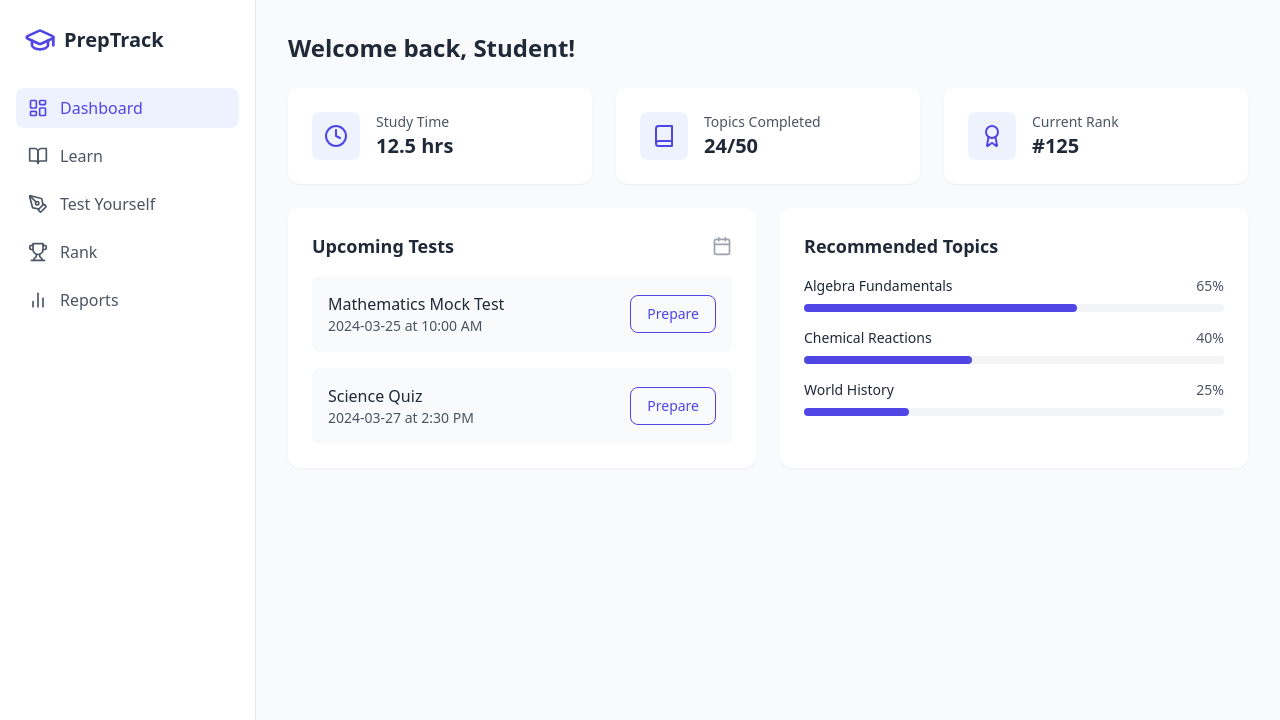
Repository: Krishna3451/preptracker
Page: /dashboard
An editor plug-in stored every save of this project. The page is shown before and after the next save, followed by the edit.
The browser window is 1280 px wide. The pictures show the whole page.
The project was rebuilt for these pictures with package versions that can differ from the ones it lists, and the page was loaded fresh each time. Also part of the build but not shown: vite.config.ts, src/pages/Learn.tsx, src/pages/TestYourself.tsx, src/pages/Rank.tsx, src/pages/Reports.tsx, src/pages/Landing.tsx.

Above is the page before, as saved 2025-02-14 11:45:49.

After the next save:
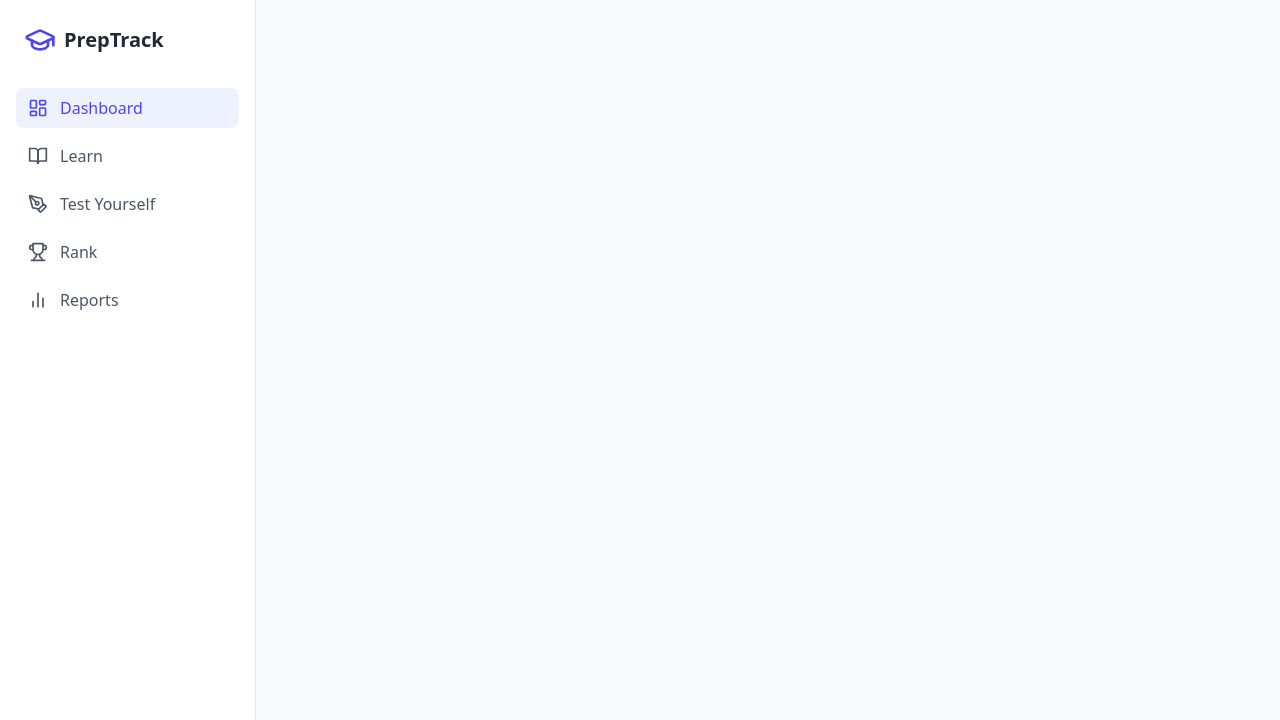
Saved 9 s later.
--- a/src/pages/Dashboard.tsx
+++ b/src/pages/Dashboard.tsx
@@ -19,69 +19,69 @@
     { id: 3, title: 'World History', progress: 25 },
   ];
 
-  return (
-    <div className="space-y-6">
-      <h1 className="text-2xl font-bold text-gray-800">Welcome back, Student!</h1>
+  // return (
+  //   <div className="space-y-6">
+  //     <h1 className="text-2xl font-bold text-gray-800">Welcome back, Student!</h1>
 
-      <div className="grid grid-cols-1 md:grid-cols-3 gap-6">
-        {stats.map((stat, index) => (
-          <div key={index} className="bg-white p-6 rounded-xl shadow-sm">
-            <div className="flex items-center gap-4">
-              <div className="p-3 bg-indigo-50 rounded-lg">
-                <stat.icon className="w-6 h-6 text-indigo-600" />
-              </div>
-              <div>
-                <p className="text-sm text-gray-600">{stat.label}</p>
-                <p className="text-xl font-semibold text-gray-800">{stat.value}</p>
-              </div>
-            </div>
-          </div>
-        ))}
-      </div>
+  //     <div className="grid grid-cols-1 md:grid-cols-3 gap-6">
+  //       {stats.map((stat, index) => (
+  //         <div key={index} className="bg-white p-6 rounded-xl shadow-sm">
+  //           <div className="flex items-center gap-4">
+  //             <div className="p-3 bg-indigo-50 rounded-lg">
+  //               <stat.icon className="w-6 h-6 text-indigo-600" />
+  //             </div>
+  //             <div>
+  //               <p className="text-sm text-gray-600">{stat.label}</p>
+  //               <p className="text-xl font-semibold text-gray-800">{stat.value}</p>
+  //             </div>
+  //           </div>
+  //         </div>
+  //       ))}
+  //     </div>
 
-      <div className="grid grid-cols-1 lg:grid-cols-2 gap-6">
-        <div className="bg-white p-6 rounded-xl shadow-sm">
-          <div className="flex items-center justify-between mb-4">
-            <h2 className="text-lg font-semibold text-gray-800">Upcoming Tests</h2>
-            <Calendar className="w-5 h-5 text-gray-400" />
-          </div>
-          <div className="space-y-4">
-            {upcomingTests.map((test) => (
-              <div key={test.id} className="flex items-center justify-between p-4 bg-gray-50 rounded-lg">
-                <div>
-                  <h3 className="font-medium text-gray-800">{test.title}</h3>
-                  <p className="text-sm text-gray-600">{test.date} at {test.time}</p>
-                </div>
-                <button className="px-4 py-2 text-sm text-indigo-600 border border-indigo-600 rounded-lg hover:bg-indigo-50">
-                  Prepare
-                </button>
-              </div>
-            ))}
-          </div>
-        </div>
+  //     <div className="grid grid-cols-1 lg:grid-cols-2 gap-6">
+  //       <div className="bg-white p-6 rounded-xl shadow-sm">
+  //         <div className="flex items-center justify-between mb-4">
+  //           <h2 className="text-lg font-semibold text-gray-800">Upcoming Tests</h2>
+  //           <Calendar className="w-5 h-5 text-gray-400" />
+  //         </div>
+  //         <div className="space-y-4">
+  //           {upcomingTests.map((test) => (
+  //             <div key={test.id} className="flex items-center justify-between p-4 bg-gray-50 rounded-lg">
+  //               <div>
+  //                 <h3 className="font-medium text-gray-800">{test.title}</h3>
+  //                 <p className="text-sm text-gray-600">{test.date} at {test.time}</p>
+  //               </div>
+  //               <button className="px-4 py-2 text-sm text-indigo-600 border border-indigo-600 rounded-lg hover:bg-indigo-50">
+  //                 Prepare
+  //               </button>
+  //             </div>
+  //           ))}
+  //         </div>
+  //       </div>
 
-        <div className="bg-white p-6 rounded-xl shadow-sm">
-          <h2 className="text-lg font-semibold text-gray-800 mb-4">Recommended Topics</h2>
-          <div className="space-y-4">
-            {recommendedTopics.map((topic) => (
-              <div key={topic.id} className="space-y-2">
-                <div className="flex justify-between text-sm">
-                  <span className="text-gray-800">{topic.title}</span>
-                  <span className="text-gray-600">{topic.progress}%</span>
-                </div>
-                <div className="h-2 bg-gray-100 rounded-full">
-                  <div
-                    className="h-full bg-indigo-600 rounded-full"
-                    style={{ width: `${topic.progress}%` }}
-                  />
-                </div>
-              </div>
-            ))}
-          </div>
-        </div>
-      </div>
-    </div>
-  );
+  //       <div className="bg-white p-6 rounded-xl shadow-sm">
+  //         <h2 className="text-lg font-semibold text-gray-800 mb-4">Recommended Topics</h2>
+  //         <div className="space-y-4">
+  //           {recommendedTopics.map((topic) => (
+  //             <div key={topic.id} className="space-y-2">
+  //               <div className="flex justify-between text-sm">
+  //                 <span className="text-gray-800">{topic.title}</span>
+  //                 <span className="text-gray-600">{topic.progress}%</span>
+  //               </div>
+  //               <div className="h-2 bg-gray-100 rounded-full">
+  //                 <div
+  //                   className="h-full bg-indigo-600 rounded-full"
+  //                   style={{ width: `${topic.progress}%` }}
+  //                 />
+  //               </div>
+  //             </div>
+  //           ))}
+  //         </div>
+  //       </div>
+  //     </div>
+  //   </div>
+  // );
 };
 
 export default Dashboard;

After the save that followed:
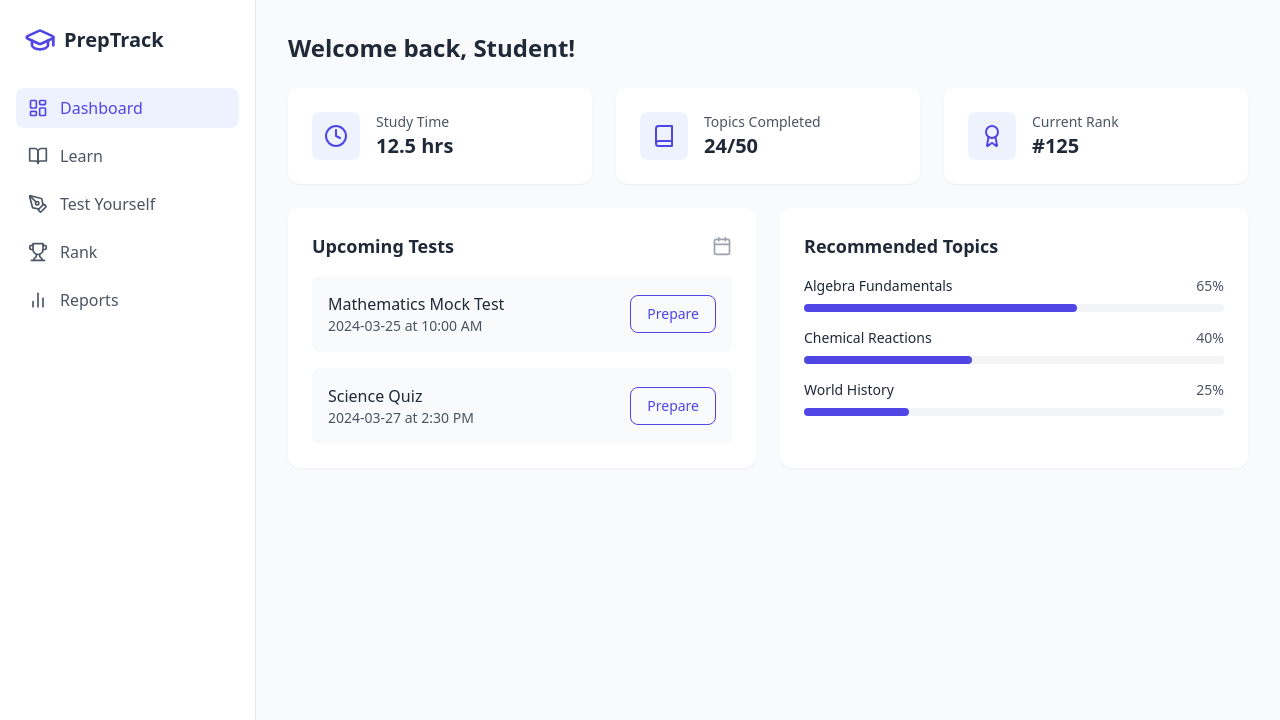
Saved 10 s later.
--- a/src/pages/Dashboard.tsx
+++ b/src/pages/Dashboard.tsx
@@ -19,69 +19,69 @@
     { id: 3, title: 'World History', progress: 25 },
   ];
 
-  // return (
-  //   <div className="space-y-6">
-  //     <h1 className="text-2xl font-bold text-gray-800">Welcome back, Student!</h1>
+  return (
+    <div className="space-y-6">
+      <h1 className="text-2xl font-bold text-gray-800">Welcome back, Student!</h1>
 
-  //     <div className="grid grid-cols-1 md:grid-cols-3 gap-6">
-  //       {stats.map((stat, index) => (
-  //         <div key={index} className="bg-white p-6 rounded-xl shadow-sm">
-  //           <div className="flex items-center gap-4">
-  //             <div className="p-3 bg-indigo-50 rounded-lg">
-  //               <stat.icon className="w-6 h-6 text-indigo-600" />
-  //             </div>
-  //             <div>
-  //               <p className="text-sm text-gray-600">{stat.label}</p>
-  //               <p className="text-xl font-semibold text-gray-800">{stat.value}</p>
-  //             </div>
-  //           </div>
-  //         </div>
-  //       ))}
-  //     </div>
+      <div className="grid grid-cols-1 md:grid-cols-3 gap-6">
+        {stats.map((stat, index) => (
+          <div key={index} className="bg-white p-6 rounded-xl shadow-sm">
+            <div className="flex items-center gap-4">
+              <div className="p-3 bg-indigo-50 rounded-lg">
+                <stat.icon className="w-6 h-6 text-indigo-600" />
+              </div>
+              <div>
+                <p className="text-sm text-gray-600">{stat.label}</p>
+                <p className="text-xl font-semibold text-gray-800">{stat.value}</p>
+              </div>
+            </div>
+          </div>
+        ))}
+      </div>
 
-  //     <div className="grid grid-cols-1 lg:grid-cols-2 gap-6">
-  //       <div className="bg-white p-6 rounded-xl shadow-sm">
-  //         <div className="flex items-center justify-between mb-4">
-  //           <h2 className="text-lg font-semibold text-gray-800">Upcoming Tests</h2>
-  //           <Calendar className="w-5 h-5 text-gray-400" />
-  //         </div>
-  //         <div className="space-y-4">
-  //           {upcomingTests.map((test) => (
-  //             <div key={test.id} className="flex items-center justify-between p-4 bg-gray-50 rounded-lg">
-  //               <div>
-  //                 <h3 className="font-medium text-gray-800">{test.title}</h3>
-  //                 <p className="text-sm text-gray-600">{test.date} at {test.time}</p>
-  //               </div>
-  //               <button className="px-4 py-2 text-sm text-indigo-600 border border-indigo-600 rounded-lg hover:bg-indigo-50">
-  //                 Prepare
-  //               </button>
-  //             </div>
-  //           ))}
-  //         </div>
-  //       </div>
+      <div className="grid grid-cols-1 lg:grid-cols-2 gap-6">
+        <div className="bg-white p-6 rounded-xl shadow-sm">
+          <div className="flex items-center justify-between mb-4">
+            <h2 className="text-lg font-semibold text-gray-800">Upcoming Tests</h2>
+            <Calendar className="w-5 h-5 text-gray-400" />
+          </div>
+          <div className="space-y-4">
+            {upcomingTests.map((test) => (
+              <div key={test.id} className="flex items-center justify-between p-4 bg-gray-50 rounded-lg">
+                <div>
+                  <h3 className="font-medium text-gray-800">{test.title}</h3>
+                  <p className="text-sm text-gray-600">{test.date} at {test.time}</p>
+                </div>
+                <button className="px-4 py-2 text-sm text-indigo-600 border border-indigo-600 rounded-lg hover:bg-indigo-50">
+                  Prepare
+                </button>
+              </div>
+            ))}
+          </div>
+        </div>
 
-  //       <div className="bg-white p-6 rounded-xl shadow-sm">
-  //         <h2 className="text-lg font-semibold text-gray-800 mb-4">Recommended Topics</h2>
-  //         <div className="space-y-4">
-  //           {recommendedTopics.map((topic) => (
-  //             <div key={topic.id} className="space-y-2">
-  //               <div className="flex justify-between text-sm">
-  //                 <span className="text-gray-800">{topic.title}</span>
-  //                 <span className="text-gray-600">{topic.progress}%</span>
-  //               </div>
-  //               <div className="h-2 bg-gray-100 rounded-full">
-  //                 <div
-  //                   className="h-full bg-indigo-600 rounded-full"
-  //                   style={{ width: `${topic.progress}%` }}
-  //                 />
-  //               </div>
-  //             </div>
-  //           ))}
-  //         </div>
-  //       </div>
-  //     </div>
-  //   </div>
-  // );
+        <div className="bg-white p-6 rounded-xl shadow-sm">
+          <h2 className="text-lg font-semibold text-gray-800 mb-4">Recommended Topics</h2>
+          <div className="space-y-4">
+            {recommendedTopics.map((topic) => (
+              <div key={topic.id} className="space-y-2">
+                <div className="flex justify-between text-sm">
+                  <span className="text-gray-800">{topic.title}</span>
+                  <span className="text-gray-600">{topic.progress}%</span>
+                </div>
+                <div className="h-2 bg-gray-100 rounded-full">
+                  <div
+                    className="h-full bg-indigo-600 rounded-full"
+                    style={{ width: `${topic.progress}%` }}
+                  />
+                </div>
+              </div>
+            ))}
+          </div>
+        </div>
+      </div>
+    </div>
+  );
 };
 
 export default Dashboard;
